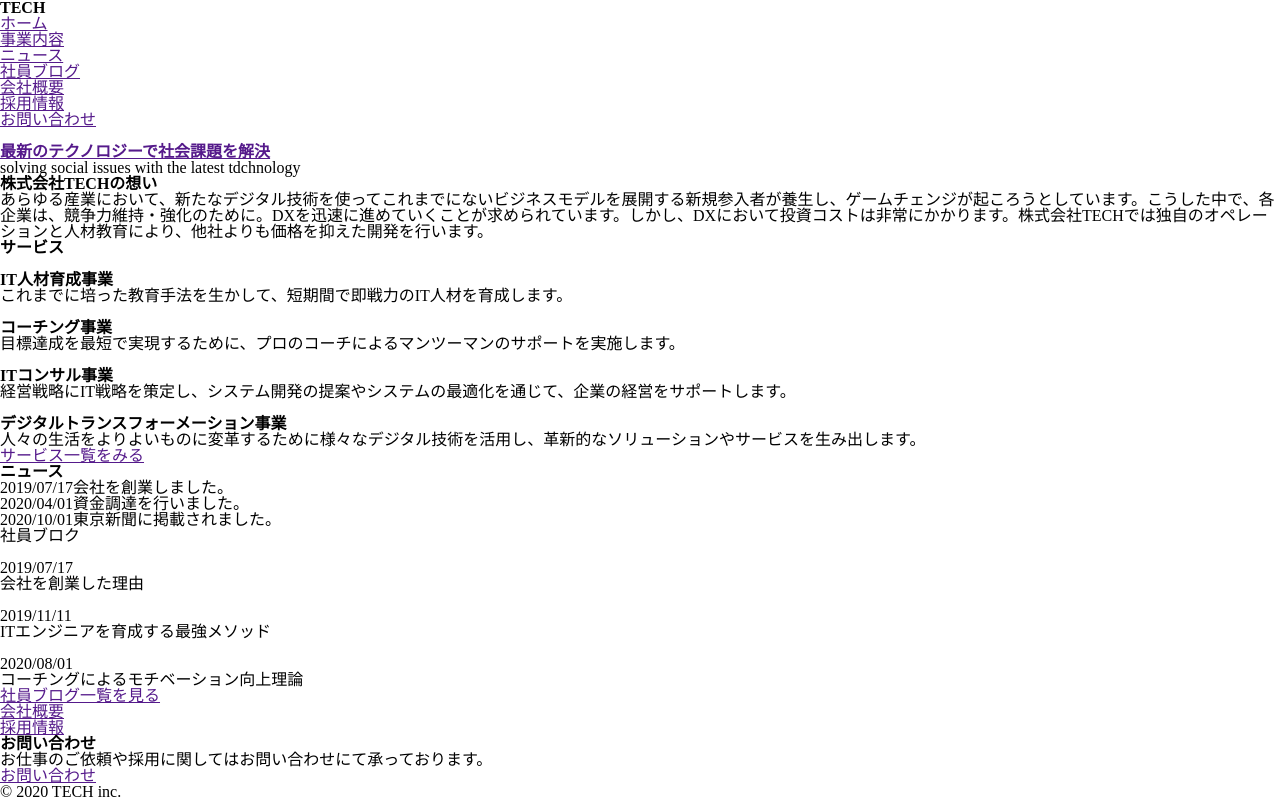
Repository: masanarimiura/20220516_miura
Page: index.html
The author's editor kept a copy of each file at every save. The page is drawn from the files as they stood at one save, then again after the next save.
The browser window is 1280 px wide. The pictures show the whole page.

Above is the page before, as saved 2022-05-13 15:51:10.

After the next save:
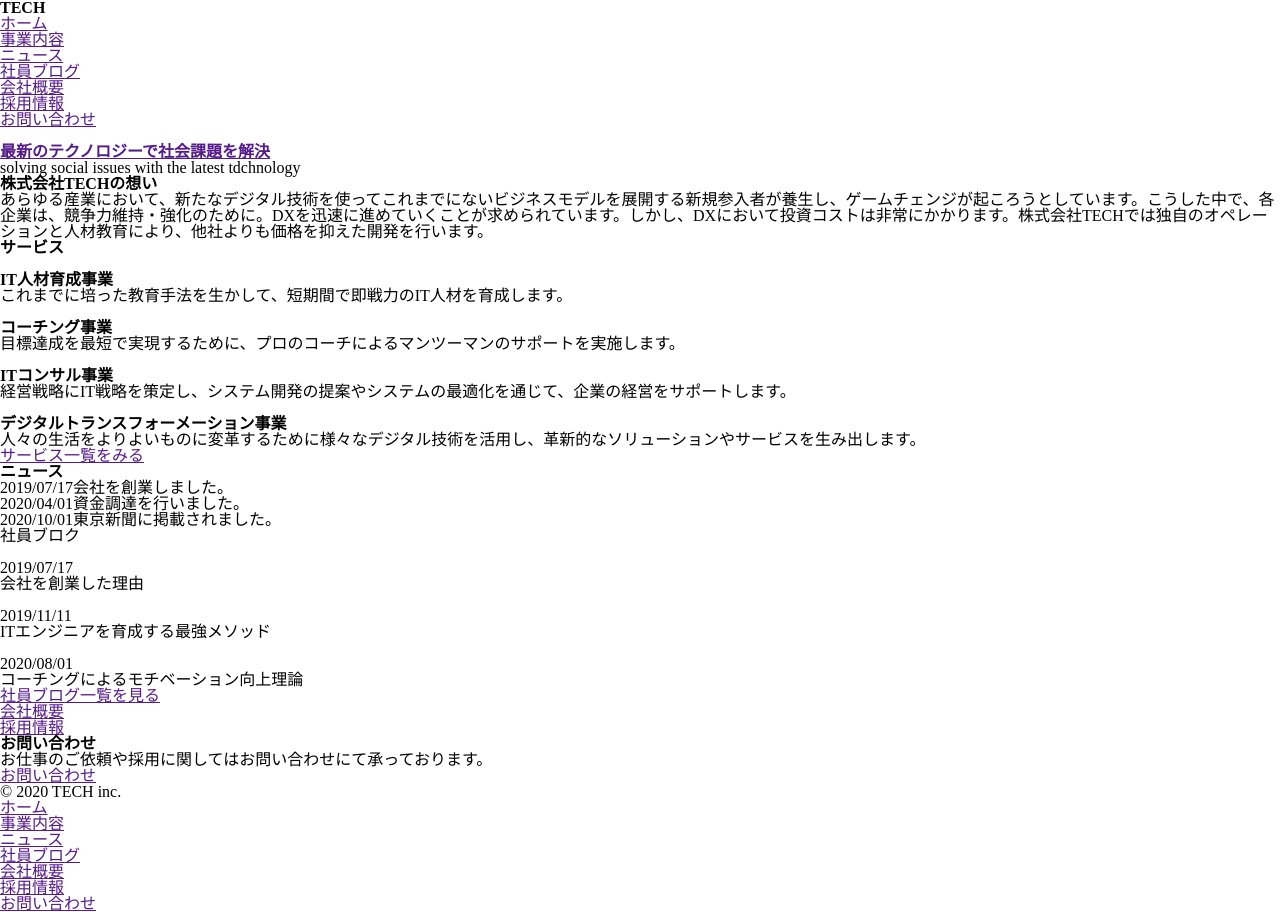
Saved 19 s later.
--- a/index.html
+++ b/index.html
@@ -129,7 +129,13 @@
   <footer class="footer">
     <div class="footer__copy">&copy; 2020 TECH inc.</div>
     <ul class="footer__nav">
-
+      <li><a href="" class="header__nav__item1">ホーム</a></li>
+      <li><a href="" class="header__nav__item2">事業内容</a></li>
+      <li><a href="" class="header__nav__item3">ニュース</a></li>
+      <li><a href="" class="header__nav__item4">社員ブログ</a></li>
+      <li><a href="" class="header__nav__item5">会社概要</a></li>
+      <li><a href="" class="header__nav__item6">採用情報</a></li>
+      <li><a href="" class="header__nav__item7">お問い合わせ</a></li>
     </ul>
   </footer>
 
